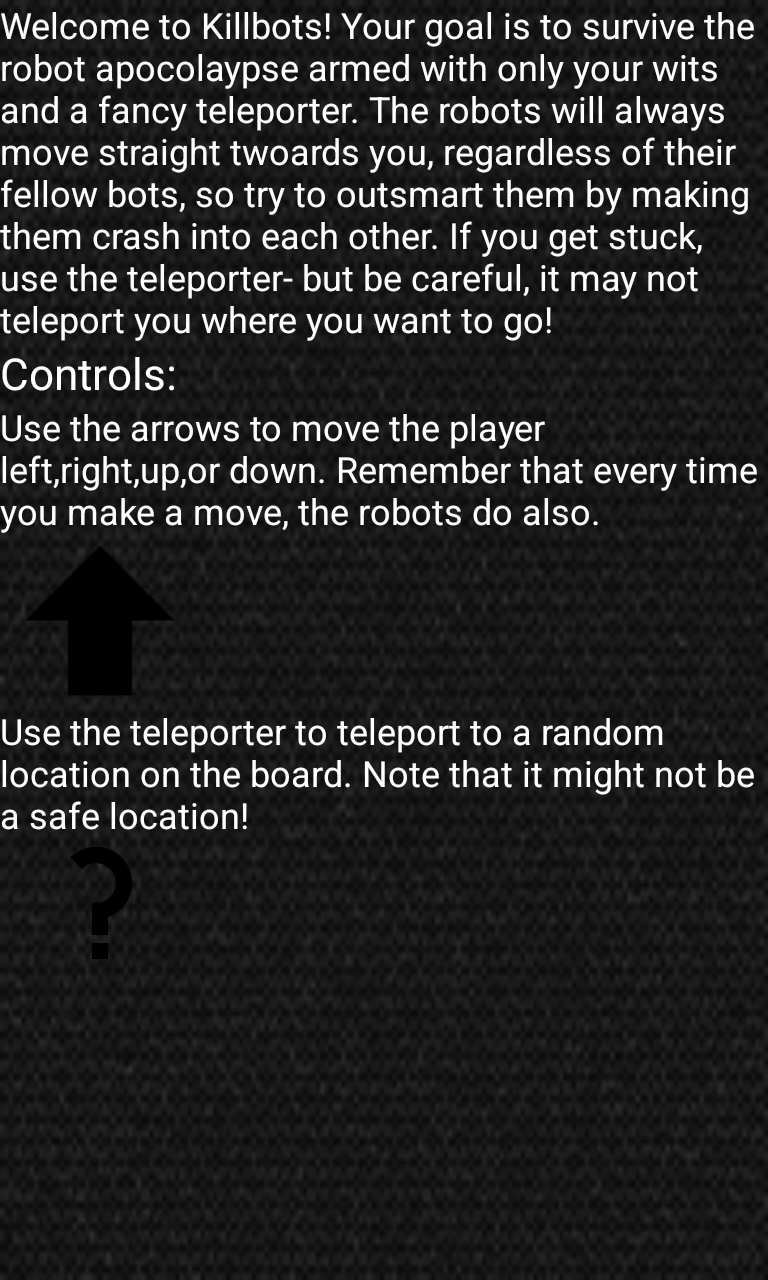
Repository: Tacohen/Killbots
Layout: Killbots/res/layout/how_to_play.xml
An editor plug-in stored every save of this project. The layout is shown before and after the next save, followed by the edit.
It is drawn on a 768 x 1280 px phone screen (xhdpi) without system bars, with theme AppTheme; the app's code is not run.

Above is the layout before, as saved 2013-12-09 02:05:08.

After the next save:
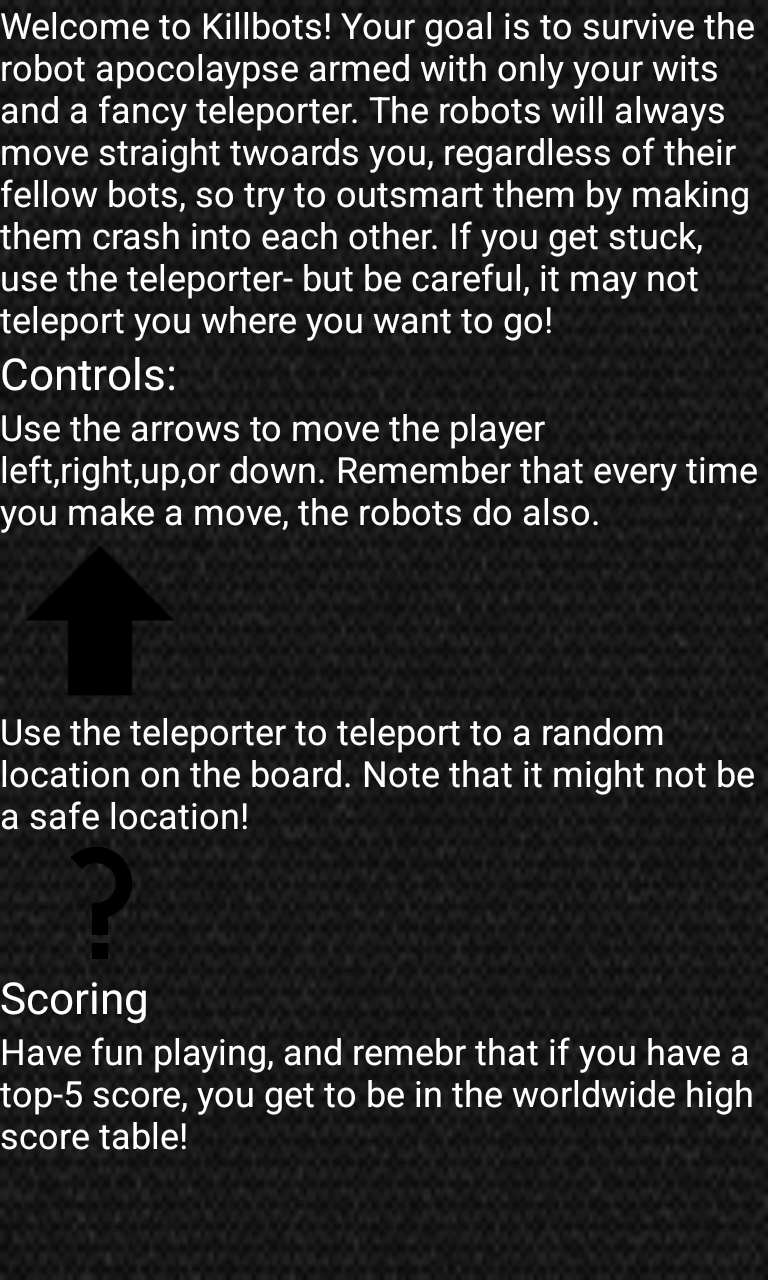
Saved 2 min 12 s later.
--- a/Killbots/res/layout/how_to_play.xml
+++ b/Killbots/res/layout/how_to_play.xml
@@ -54,5 +54,22 @@
         android:layout_height="fill_parent"
         android:src="@drawable/questionmark"/>
 
+    <TextView
+        android:id="@+id/scoringText"
+        android:layout_width="wrap_content"
+        android:layout_height="wrap_content"
+        android:textColor="#FFFFFF"
+        android:text="Scoring"
+        android:textAppearance="?android:attr/textAppearanceLarge" />
+
+    <TextView
+        android:id="@+id/highScoresInfoText"
+        android:layout_width="wrap_content"
+        android:layout_height="wrap_content"
+        android:textColor="#FFFFFF"
+        android:text="Have fun playing, and remebr that if you have a top-5 score, you get to be in the worldwide high score table!"
+        android:textAppearance="?android:attr/textAppearanceMedium" />
+
+
 </LinearLayout>
 </ScrollView>
